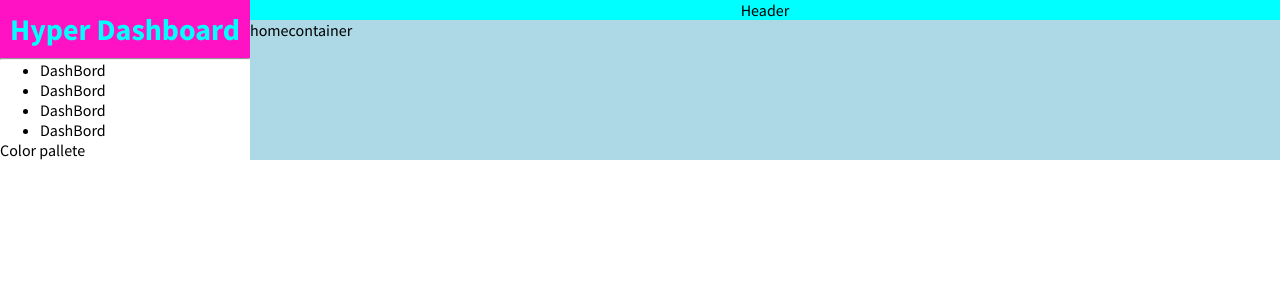
Repository: kenyi-mic/DashBoard
Page: /
An editor plug-in stored every save of this project. The page is shown before and after the next save, followed by the edit.
The browser window is 1280 px wide. The pictures show the whole page.
The project was rebuilt for these pictures with package versions that can differ from the ones it lists, and the page was loaded fresh each time.

Above is the page before, as saved 2022-05-16 20:54:29.

After the next save:
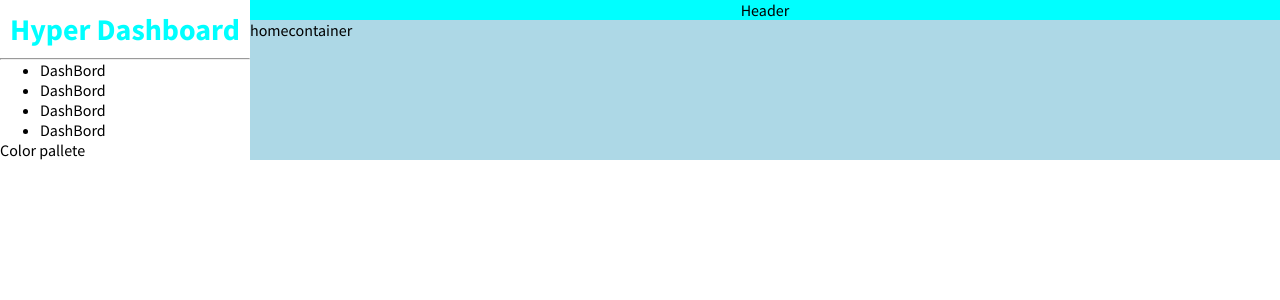
Saved 15 s later.
--- a/src/components/sidebar/sidebar.scss
+++ b/src/components/sidebar/sidebar.scss
@@ -5,7 +5,7 @@
         align-items:center;
         justify-content:center;
         padding:10px;
-        background-color: #ff12c3;
+
         .logo{
             color:cyan;
             font-size: 30px;
